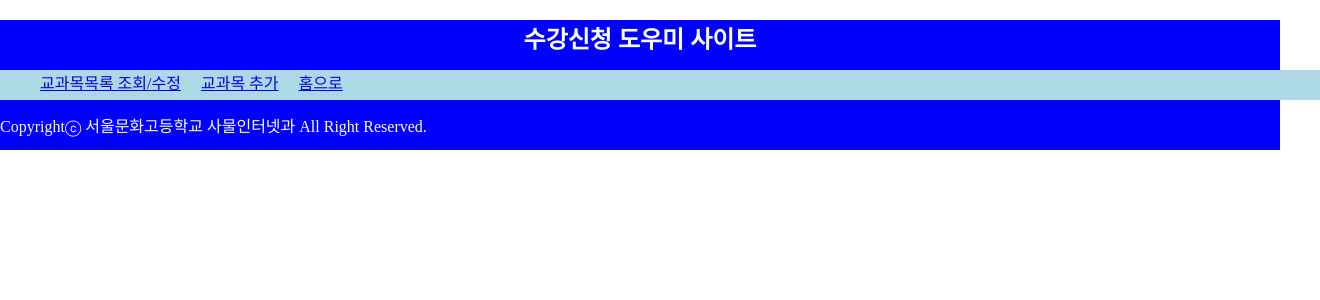
Repository: yuuki08noah/CHUNGCHUSANKI
Page: http://localhost/project/
These files come from the project's save history. The page is drawn as it stood at one moment and after the next save; the edit follows.
The browser window is 1280 px wide. The page is 1320 px wide, so the pictures cover 1320 px, including what lies to the right of the window. The pictures show the whole page.
The page is served by Tomcat 9.

Above is the page before, as saved 2025-03-25 08:26:54.

After the next save:
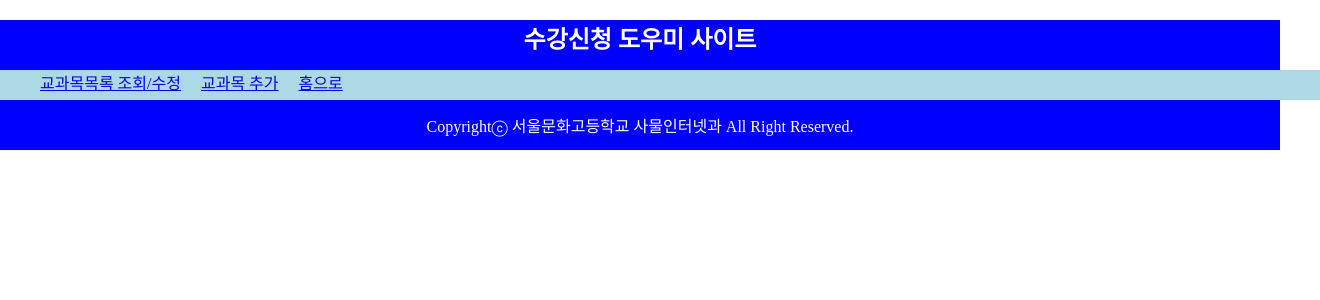
Saved 10 s later.
--- a/HRD_002/project/src/main/webapp/footer.jsp
+++ b/HRD_002/project/src/main/webapp/footer.jsp
@@ -7,7 +7,7 @@
 <title>Insert title here</title>
 </head>
 <body style="bottom: 0; position: fixed; width: 100%;">
-	<div style="width: 100%; height: 50px; background-color: blue; color: white; text-align: center; align-items: center; display: flex;">
+	<div style="width: 100%; height: 50px; background-color: blue; color: white; justify-content: center; align-items: center; display: flex; ">
 	Copyrightⓒ 서울문화고등학교 사물인터넷과 All Right Reserved.
 	</div>
 </body>
